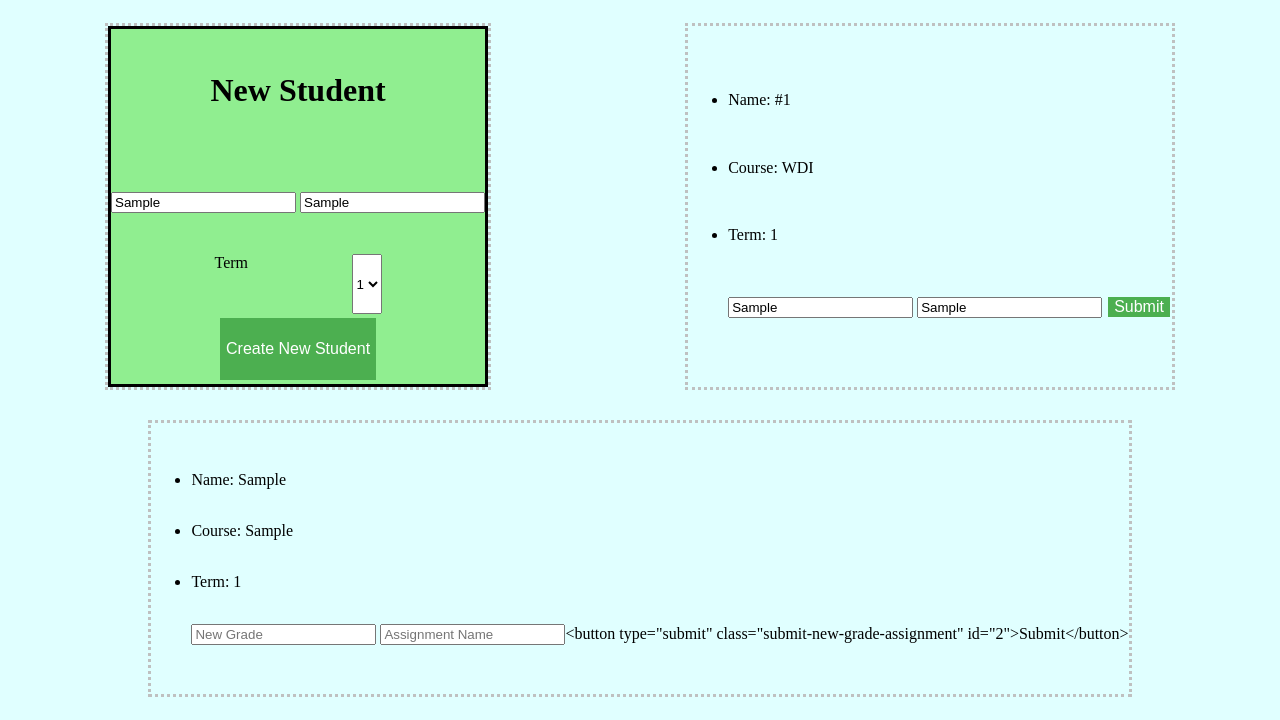
Repository: EdmontDantes/graderaide-fullstack-solution
Page: index.html
The author's editor kept a copy of each file at every save. The page is drawn from the files as they stood at one save, then again after a run of saves.
The browser window is 1280 px wide. The pictures show the whole page.
Empty fields were first filled with sample values (such as "Sample", 5 or name@example.com).
After loading, the first visible `button.new-student-button` was clicked once.

Above is the page before, as saved 2020-04-23 11:33:37.
Console error: ReferenceError: btnSubmitNewGradePlusAssigmentToCurrentStudentInternal is not defined

### index.html
<html lang="en">
  <head>
    <title>Graderaide</title>
    <meta charset="UTF-8">
    <meta name="viewport" content="width=device-width, initial-scale=1">
    <link rel="stylesheet" type="text/css" href="style-index.css">
  </head>

  <body>
    <section class="app">
      <section class="student-display" id="create-new-student-tile">

      <section class="new-student-input">
        <h1 id="text-h1-creation-section">New Student</h1>

        <div id="new-student-input-boxes">
          <input type="text" class="new-student-name" name="new-student-name" placeholder="Student Name">
          <input type="text" class="new-student-course" name="new-student-course" placeholder="Course">
        </div>

        <div id="new-student-input-options"
          <label for="new-student-term">Term</label>
          <select class="new-student-term" name="new-student-term">
            <option value="1">1</option>
            <option value="2">2</option>
            <option value="3">3</option>
          </select>
        </div>
        <section class="new-student-submit">
          <button type="submit" class="new-student-button">Create New Student</button>
        </section>
      </section>
    </section>

      <section class="student-display " id="student-1">
        <ul class="student-info">
          <li>Name: #1</li>
          <li>Course: WDI</li>
          <li>Term: 1</li>
          <!-- <li>
            <select class="course-selection">
              <option value="wdi">WDI</option>
            </select>
            <p>No grades yet.</p>
          </li> -->
            <!-- <section>
              <input type="text" name="new-course" class="new-course" placeholder="New Course">
              <button type="submit" class="submit-new-course">Submit</button>
            </section>
            <section>
              <input type="text" name="new-term" class="new-term" placeholder="New Term For Course">
              <button type="submit" class="submit-new-term">Submit</button>
            </section> -->
            <section class="add-grades-inputs-and-submit">
              <input type="text" name="new-grade" class="new-grade" placeholder="New Grade">
              <input type="text" name="new-grade-assignment" class="new-grade-assignment" placeholder="Assignment Name">
              <button type="submit" class="submit-new-grade-assignment">Submit</button>
            </section>

        </ul>
      </section>
      </section>
    </section>
  </body>
  <script src="main.js"></script>
</html>

### style-index.css
body {
    background-color: lightcyan;
    display: flex;
    flex-wrap: wrap;
    justify-content: center;
}

.app {
    display: flex;
    flex-direction: row;
    flex-wrap: wrap;
    justify-content: space-around;
}

#text-h1-creation-section {
    display: flex;
    flex-wrap: wrap;
    justify-content: center;
    font-size: 2em;
}

#new-student-input-options {
    display: flex;
    flex-wrap: wrap;
    flex-direction: row;
    justify-content: space-evenly;
}

.new-student-submit {
    display: flex;
    flex-wrap: wrap;
    justify-content: center;
}

.new-student-input {
    display: grid;

    background-color: lightgreen;
    border: 3px solid black;

}
button {
    background-color: #4CAF50;
    border: none;
    color: white;
    text-align: center;
    text-decoration: none;
    display: inline-block;
    font-size: 16px;
    margin: 4px 2px;
    cursor: pointer;
}

.student-display {
    display: flex;
    justify-content: space-around;
    border: 3px dotted #BFC0C0;
    margin: 15px;
}

.student-info {
    display: flex;
    flex-direction: column;
    justify-content: space-evenly;
}

a {
    background-color: white;
    color: black;
    border: 5px solid #4CAF50;
    padding: 10px 20px;
    text-align: center;
    text-decoration: none;
    display: inline-block;
    font-size: 16px;
    margin-left: 20px;
}

### main.js
/******************
 * YOUR CODE HERE *
 ******************/

const Grade = (assignment, score) => {
    return {
        assignment,
        score,
    }
}

const Term = () => {
    return {
    grades: [],

    addGrade: function(assignment, score) {
        const grade = Grade(assignment, score);
        this.grades.push(grade);
    },
    }
}

const Course = (name) => {
    return {
    name,
    terms: [Term()],

    addTerm: function() {
        const term = Term();
        this.terms.push(term);
    }
    }
}

const Student = (name, course, term = 1) => {
    return {
    name,
    course,
    term,
    courses: [Course(course)],
    grade: [],

    addGrade: function (grade, assignment) {
        this.grade.push([grade, assignment]);
    },

    addCourse: function(course) {
        this.courses.push(Course(course));
        this.course = course;
    },

    getAverage: function(courseToFind = this.course, termIndex = this.term - 1) {
        let foundCourse;
        for (const course of this.courses) {
        if (course.name === courseToFind) {
            foundCourse = course;
        }
        }

        const grades = foundCourse.terms[termIndex].grades;
        if (grades.length === 0) {
        return 'No grades yet.'
        }

        let sum = 0;
        for (const grade of grades) {
        sum += grade.score;
        }

        return sum / grades.length;
    },
    }
}

// const createNewStudentTileQuery = document.querySelector('#create-new-student-tile');
const newStudentNameQuery = document.querySelector('.new-student-name');
const newStudentCourseNameQuery = document.querySelector('.new-student-course');
const newStudentTermNumOptionQuery = document.querySelector('.new-student-term');
const btnNewStudentSubmitQuery = document.querySelector('.new-student-button');

const newStudentTile = function() {

    name = newStudentNameQuery.value;
    course = newStudentCourseNameQuery.value;
    termNum = newStudentTermNumOptionQuery.value;

    let newStudent = Student(name, course, termNum);
    console.log(newStudent);
    const studentDisplay = document.createElement('div');
    studentDisplay.className = 'student-display';
    let numId = document.querySelectorAll('.student-display')

    studentDisplay.id = `student-${numId.length}`;
    const studentInfo = document.createElement('ul');
    const nameItem = document.createElement('li');
    const courseItem = document.createElement('li');
    const termItem  = document.createElement('li');
    const addGradesSection = document.createElement('div');


    addGradesSection.className = `add-grades-inputs-and-submit`;
    addGradesSection.id = `student-${numId.length}`;
    addGradesSection.innerHTML = `
    <input type="text" name="new-grade" class="new-grade" id="${numId.length}" placeholder="New Grade">
    <input type="text" name="new-grade-assignment" class="new-grade-assignment" id="${numId.length}" placeholder="Assignment Name">`

    addGradesSection.append(`<button type="submit" class="submit-new-grade-assignment" id="${numId.length}">Submit</button>`)

    nameItem.innerText = `Name: ${newStudent.name}`;
    courseItem.innerText = `Course: ${newStudent.course}`;
    termItem.innerText = `Term: ${newStudent.term}`;


    studentInfo.classList.add('student-info');
    studentInfo.id = `${numId.length}`
    studentInfo.appendChild(nameItem);
    studentInfo.appendChild(courseItem);
    studentInfo.appendChild(termItem);
    studentInfo.appendChild(addGradesSection);
    studentDisplay.append(studentInfo);
    document.querySelector('.app').append(studentDisplay)


}

btnNewStudentSubmitQuery.addEventListener('click', newStudentTile);


const createFromInputGrades = function(event) {
    const id = event.target.id
    const newGradeQueryInternal = document.querySelector(`.new-grade #${id}`);
    const newGradeAssignmentInternal = document.querySelector('.new-grade-assignment');
    const btnSubmitNewGradePlusAssigmentToCurrentStudentInternal = document.querySelector('.submit-new-grade-assignment');
    grade = newGradeQueryInternal.value;
    assignment = newGradeAssignmentInternal.value;

    let newGradeAndAssignment = Grade(grade, assignment);

    const gradeDisplayItem = document.createElement('li');
    gradeDisplayItem.innerText = `${newGradeAndAssignment.assignment}: ${newGradeAndAssignment.score}`;
    studentInfo.appendChild(gradeDisplayItem);

}

btnSubmitNewGradePlusAssigmentToCurrentStudentInternal.addEventListener('click', createFromInputGrades);

After the next 2 saves:
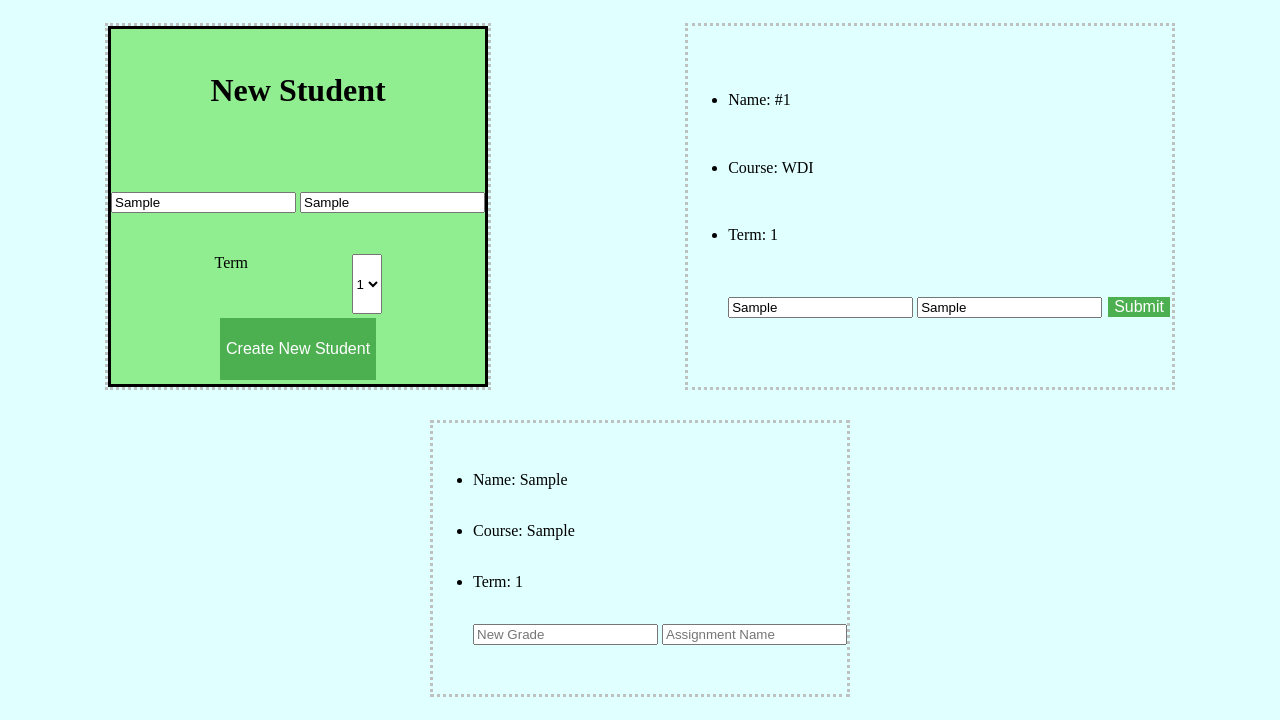
The 2 saves are shown as one change because they came seconds apart.
The last was saved 20 s later.
--- a/main.js
+++ b/main.js
@@ -104,7 +104,7 @@ const newStudentTile = function() {
     <input type="text" name="new-grade" class="new-grade" id="${numId.length}" placeholder="New Grade">
     <input type="text" name="new-grade-assignment" class="new-grade-assignment" id="${numId.length}" placeholder="Assignment Name">`
 
-    addGradesSection.append(`<button type="submit" class="submit-new-grade-assignment" id="${numId.length}">Submit</button>`)
+    addGradesSection.append()
 
     nameItem.innerText = `Name: ${newStudent.name}`;
     courseItem.innerText = `Course: ${newStudent.course}`;
